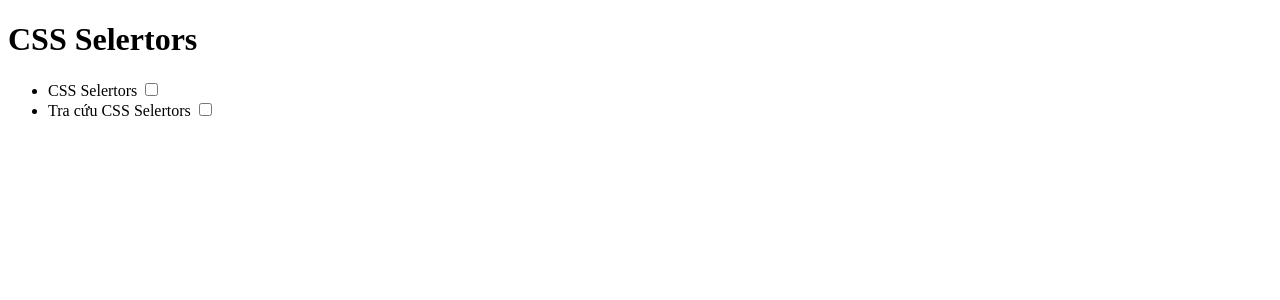
Repository: phanvu0103/HTML-CSS
Page: CSS_24_CSS-Selertors-là_gì/index.html
These files come from the project's save history. The page is drawn as it stood at one moment and after the next save; the edit follows.
The browser window is 1280 px wide. The pictures show the whole page.

Above is the page before, as saved 2022-10-19 10:13:24.

After the next save:
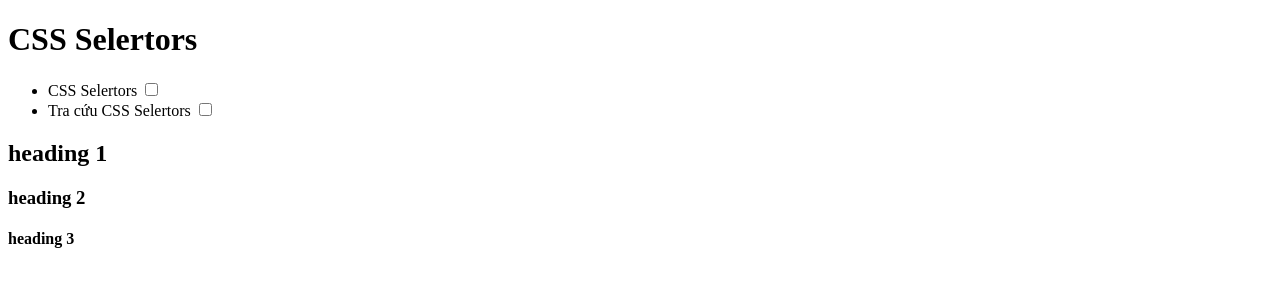
Saved 59 s later.
--- a/CSS_24_CSS-Selertors-là_gì/index.html
+++ b/CSS_24_CSS-Selertors-là_gì/index.html
@@ -17,5 +17,8 @@
         <input type="checkbox" />
       </li>
     </ul>
+    <h2>heading 1</h2>
+    <h3>heading 2</h3>
+    <h4>heading 3</h4>
   </body>
 </html>
